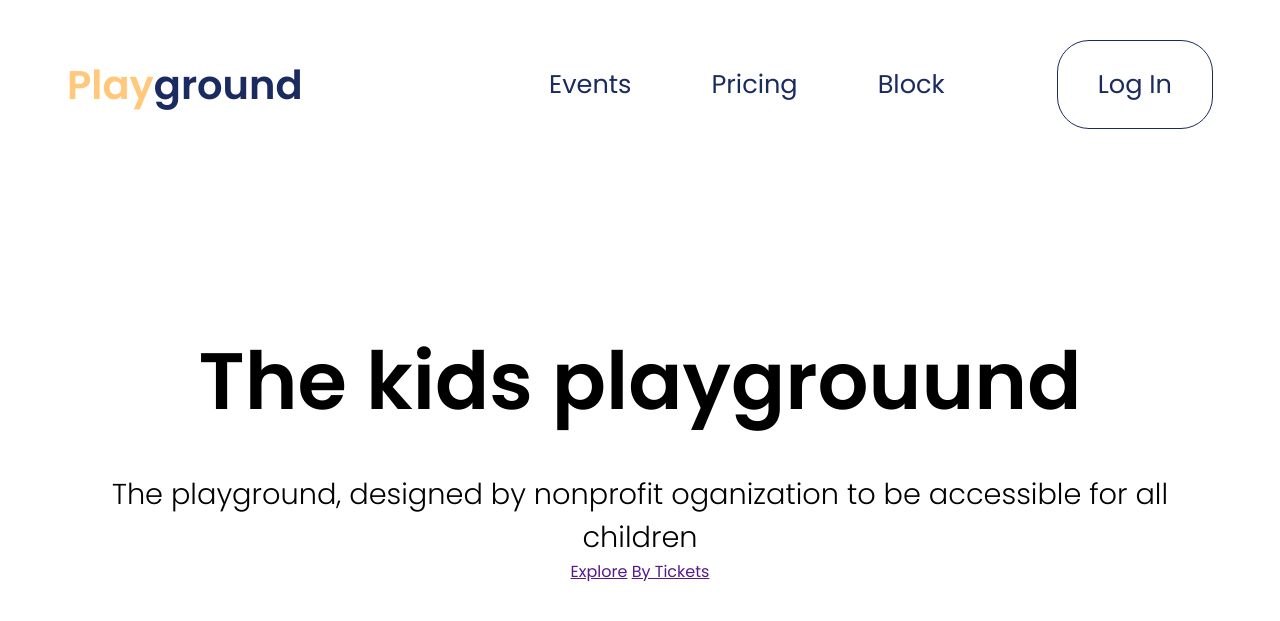
Repository: tuanpham-aptech/front-end
Page: psdtohtml/playgroud/index.html
An editor plug-in stored every save of this project. The page is shown before and after the next save, followed by the edit.
The browser window is 1280 px wide. The pictures show the whole page.
Some web libraries are served in a nearby version.

Above is the page before, as saved 2021-10-13 17:51:00.

After the next save:
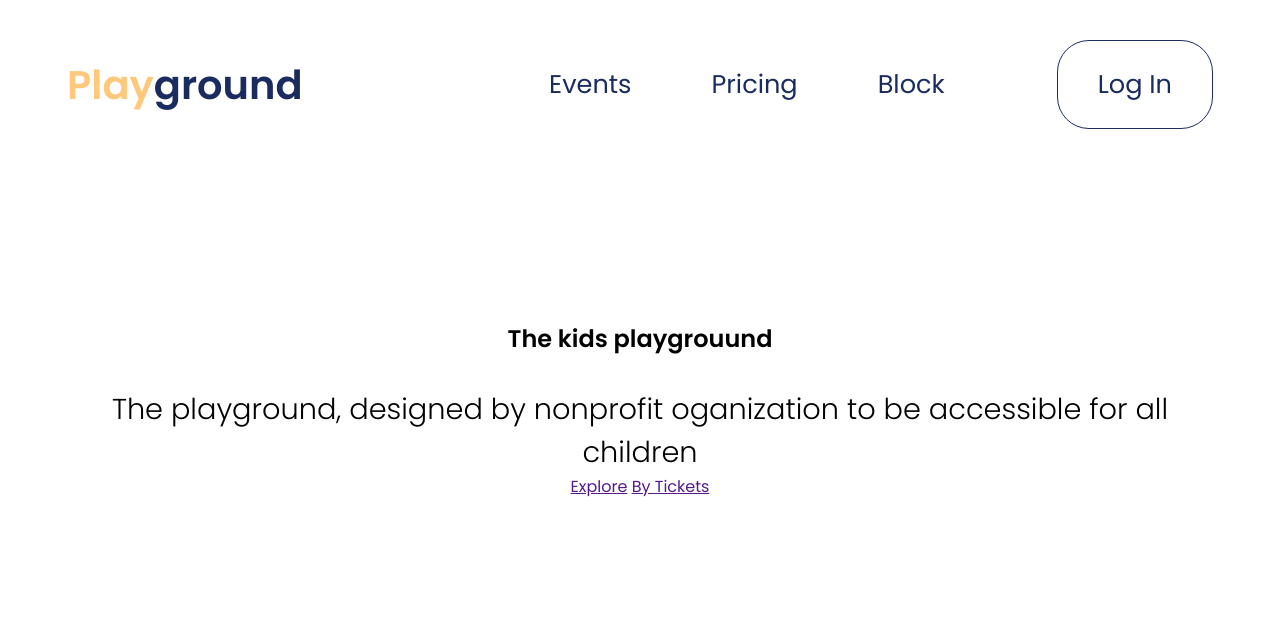
Saved 9 s later.
--- a/psdtohtml/playgroud/assets/css/style.css
+++ b/psdtohtml/playgroud/assets/css/style.css
@@ -85,7 +85,7 @@
 
 .banner__heading {
     margin-bottom: 2rem;
-    font-size: 5rem;
+    font-size: rem;
     font-weight: 600;
 }
 
